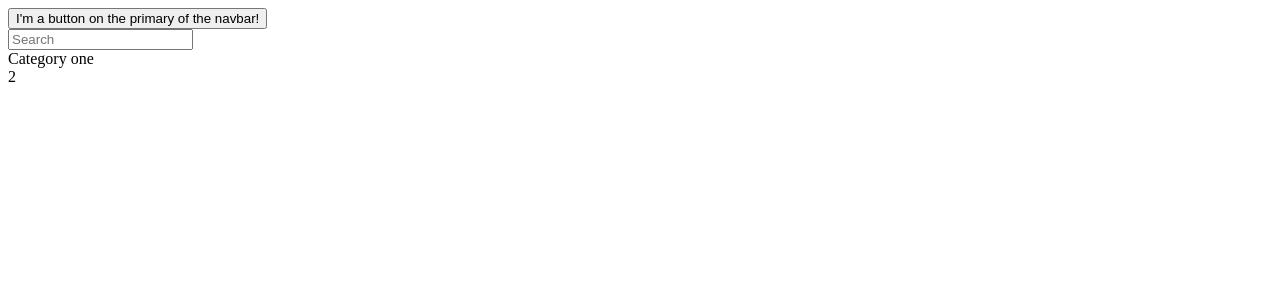
Repository: dvbondoy/peddler-pos
Page: www/product/templates/categories.html
These files come from the project's save history. The page is drawn as it stood at one moment and after the next save; the edit follows.
The browser window is 1280 px wide. The pictures show the whole page.

Above is the page before, as saved 2016-12-06 10:22:36.

### www/product/templates/categories.html
<ion-view view-title="Categories List">
  <ion-nav-buttons side="primary">
    <button class="button" ng-click="doSomething()">
      I'm a button on the primary of the navbar!
    </button>
  </ion-nav-buttons>
  <!--<div class="bar bar-subheader item-input-inset">
    <div class="buttons">
      <h2 class="title">Sub Header</h2>
      <button class="button"><i class="icon ion-plus"></i></button>
    </div>

  </div>-->
  <ion-content class="has-subheader">
    <div class="item-input-inset">
      <label class="item-input-wrapper">
        <i class="icon ion-ios-search placeholder-icon"></i>
        <input type="search" placeholder="Search">
      </label>
    </div>

    <div class="padding">
      <ion-list>
        <ion-item class="item-icon-right">
          <div>
            <span>Category one</span>
            <!--<span class="pull-right">2 Items</span>-->
          </div>
          <span class="badge badge-assertive">2</span>
        </ion-item>
      </ion-list>
    </div>
  </ion-content>
</ion-view>

After the next save:
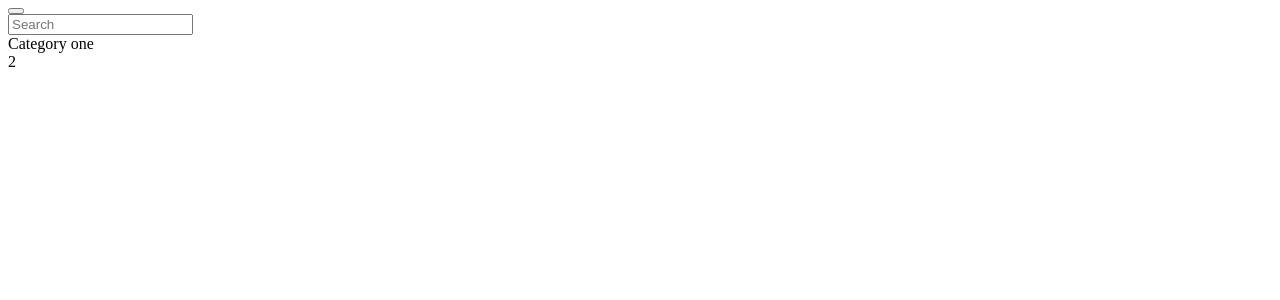
Saved 38 s later.
--- a/www/product/templates/categories.html
+++ b/www/product/templates/categories.html
@@ -1,7 +1,7 @@
 <ion-view view-title="Categories List">
   <ion-nav-buttons side="primary">
-    <button class="button" ng-click="doSomething()">
-      I'm a button on the primary of the navbar!
+    <button class="button">
+      <i class="icon ion-plus"></i>
     </button>
   </ion-nav-buttons>
   <!--<div class="bar bar-subheader item-input-inset">
